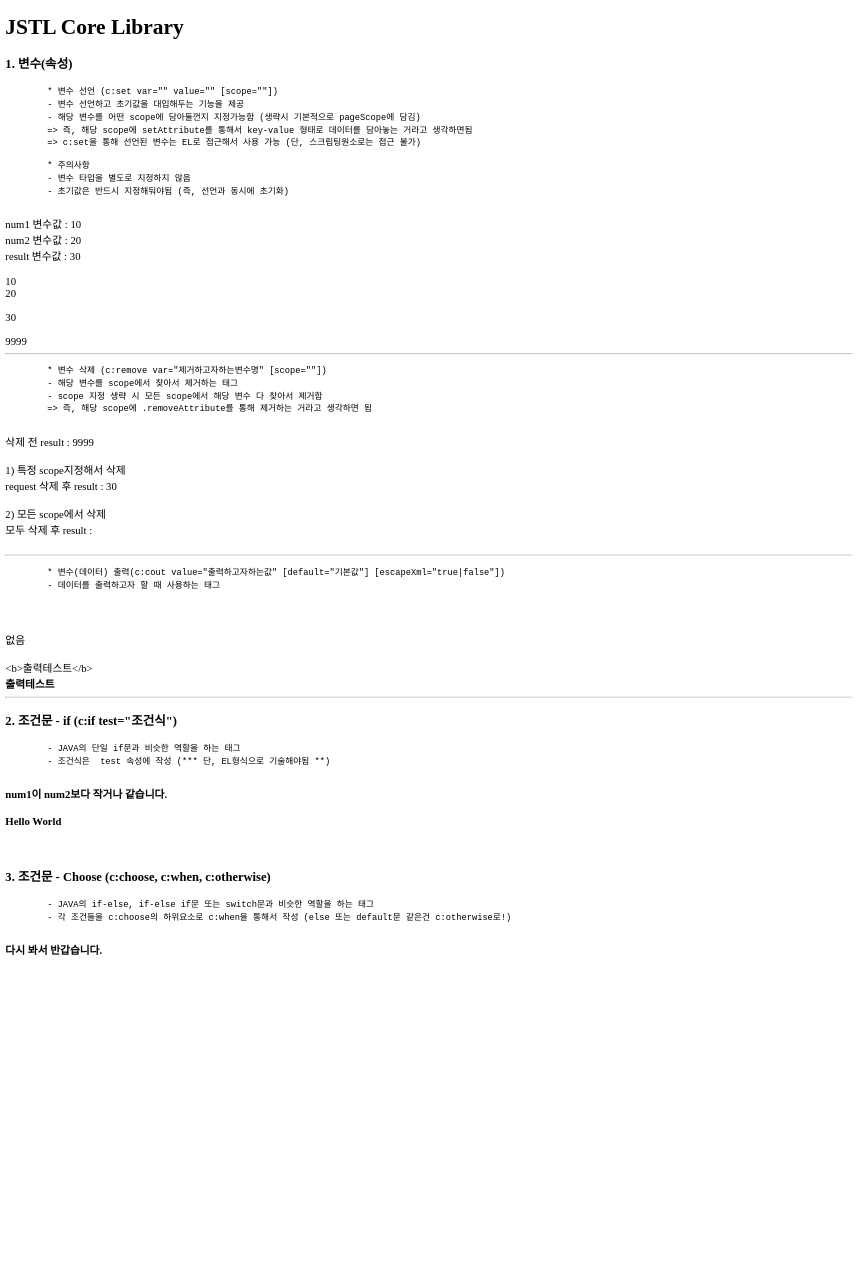
Repository: Young-27/DailyStudy
Page: http://localhost/actionProject/views/3_customAction/01_core.jsp
These files come from the project's save history. The page is drawn as it stood at one moment and after the next save; the edit follows.
The browser window is 1280 px wide. The pictures show the whole page, at 67% of full size.
The page is served by Tomcat 9.

Above is the page before, as saved 2021-06-17 09:14:48.

After the next save:
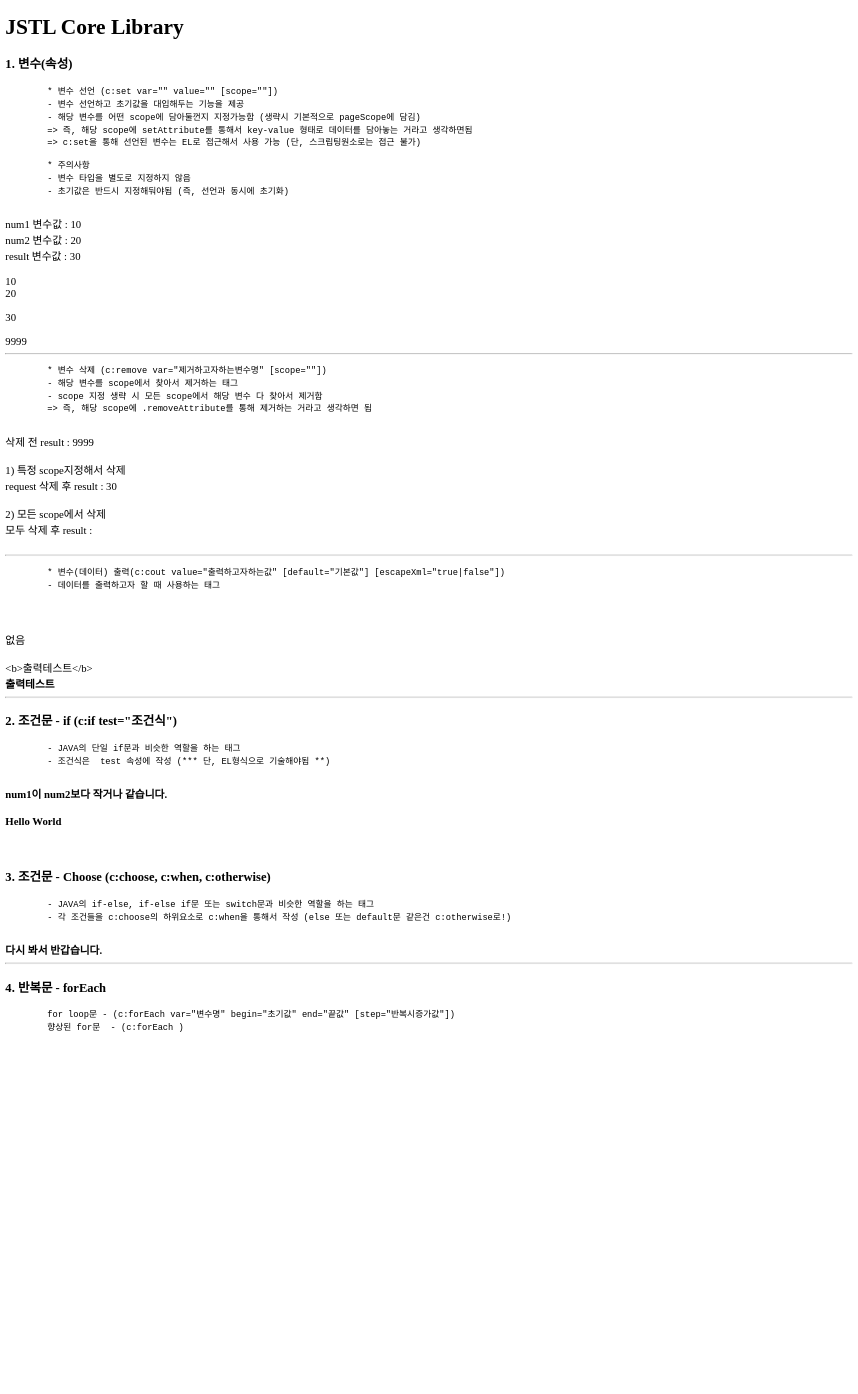
Saved 52 min 8 s later.
--- a/Server/web-workspace2/actionProject/WebContent/views/3_customAction/01_core.jsp
+++ b/Server/web-workspace2/actionProject/WebContent/views/3_customAction/01_core.jsp
@@ -155,6 +155,14 @@
 	</c:choose>
 	<!-- *주의 : choose 구역 안에 다른 텍스트 작성하면 오류남!! 주석 써도 오류남!! -->
 
+	<hr>
+
+	<h3>4. 반복문 - forEach</h3>
+	<pre>
+	for loop문 - (c:forEach var="변수명" begin="초기값" end="끝값" [step="반복시증가값"])
+	향상된 for문  - (c:forEach )
+	</pre>
+
 
 
 
